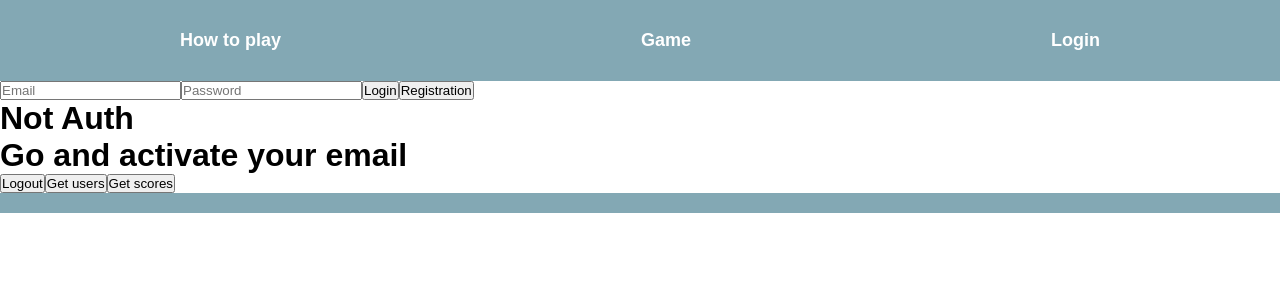
Repository: nika-otter/2048
Page: /login (app in client/)
An editor plug-in stored every save of this project. The page is shown before and after the next save, followed by the edit.
The browser window is 1280 px wide. The pictures show the whole page.
The project was rebuilt for these pictures with package versions that can differ from the ones it lists, and the page was loaded fresh each time. Also part of the build but not shown: client/src/App.css, client/src/pages/account/index.jsx, client/src/components/GamePage/GamePage.module.scss, client/src/components/ScoreTable/ScoreTable.module.scss, client/src/components/ScoreTable/ScoreTable.jsx, client/src/components/Game/Tile.jsx, client/src/components/Game/Cell.jsx, client/src/helper/index.js and 6 more. Imported but missing from the stored project, and not drawn on this page: client/src/components/InstructionPage/InstructionPage.

Above is the page before, as saved 2023-04-29 19:47:11.

After the next save:
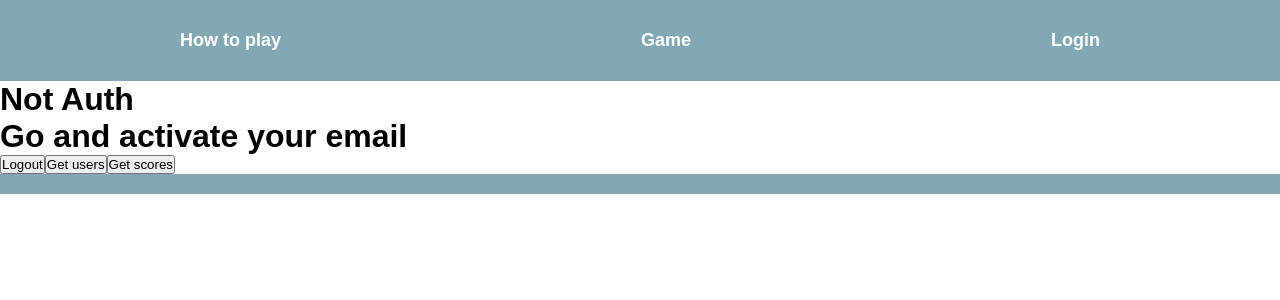
Saved 104 s later.
--- a/client/src/pages/Login/index.jsx
+++ b/client/src/pages/Login/index.jsx
@@ -48,7 +48,7 @@
   return (
     <>
       <Header />
-      <LoginForm />
+      {store.isAuth ? <LoginForm /> : <> </>}
 
       <h1>{store.isAuth ? `User: ${store.user.email}` : "Not Auth"}</h1>
       <h1>

After the save that followed:
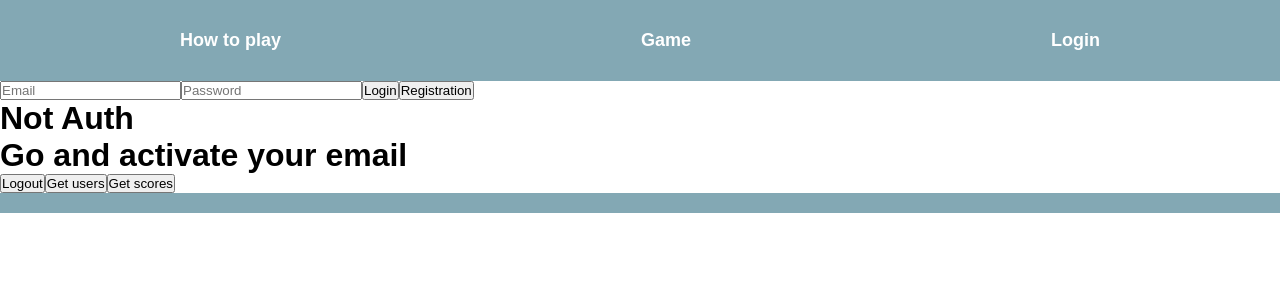
Saved 20 s later.
--- a/client/src/pages/Login/index.jsx
+++ b/client/src/pages/Login/index.jsx
@@ -48,7 +48,7 @@
   return (
     <>
       <Header />
-      {store.isAuth ? <LoginForm /> : <> </>}
+      {store.isAuth ? <> </> : <LoginForm />}
 
       <h1>{store.isAuth ? `User: ${store.user.email}` : "Not Auth"}</h1>
       <h1>
